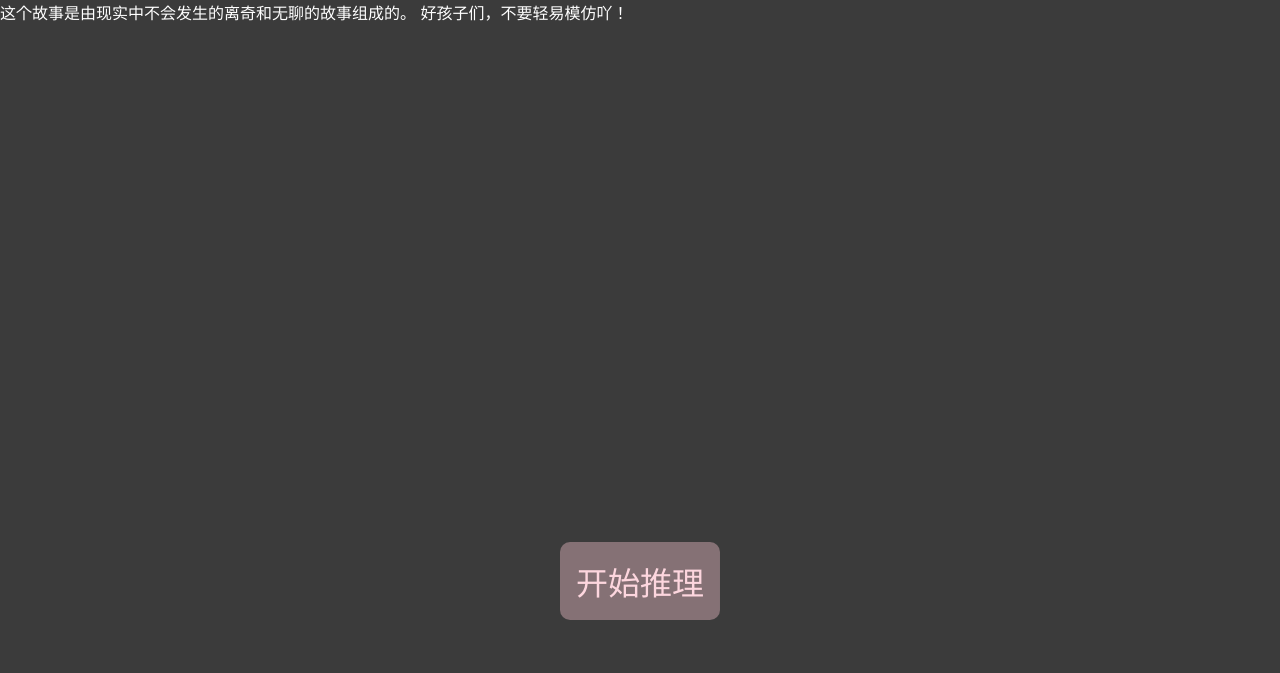
Repository: Jofali/reasoning-genius
Page: /
An editor plug-in stored every save of this project. The page is shown before and after the next save, followed by the edit.
The browser window is 1280 px wide. The pictures show the whole page.
The project was rebuilt for these pictures with package versions that can differ from the ones it lists, and the page was loaded fresh each time. Also part of the build but not shown: src/part1/part1.css, src/part1/part1.js, src/part2/part2.css, src/part2/part2.js, src/title/title.css, src/title/title.js, src/inventory/inventory.css, src/inventory/inventory.js and 2 more.

Above is the page before, as saved 2019-05-22 17:36:29.

After the next save:
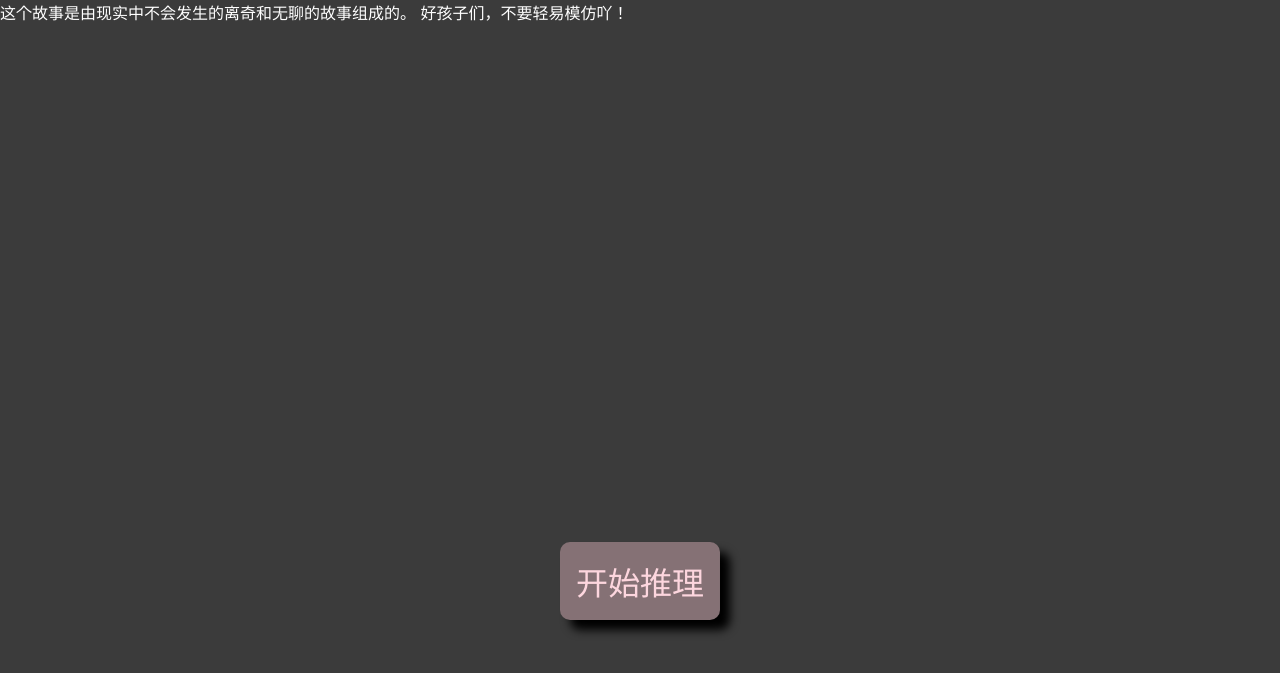
Saved 13 s later.
--- a/src/App.css
+++ b/src/App.css
@@ -20,4 +20,5 @@
   transform: translateX(-50%);
   color: rgb(253,214,222);
   border-radius: 10px;
+  box-shadow: 10px 10px 10px #000;
 }
